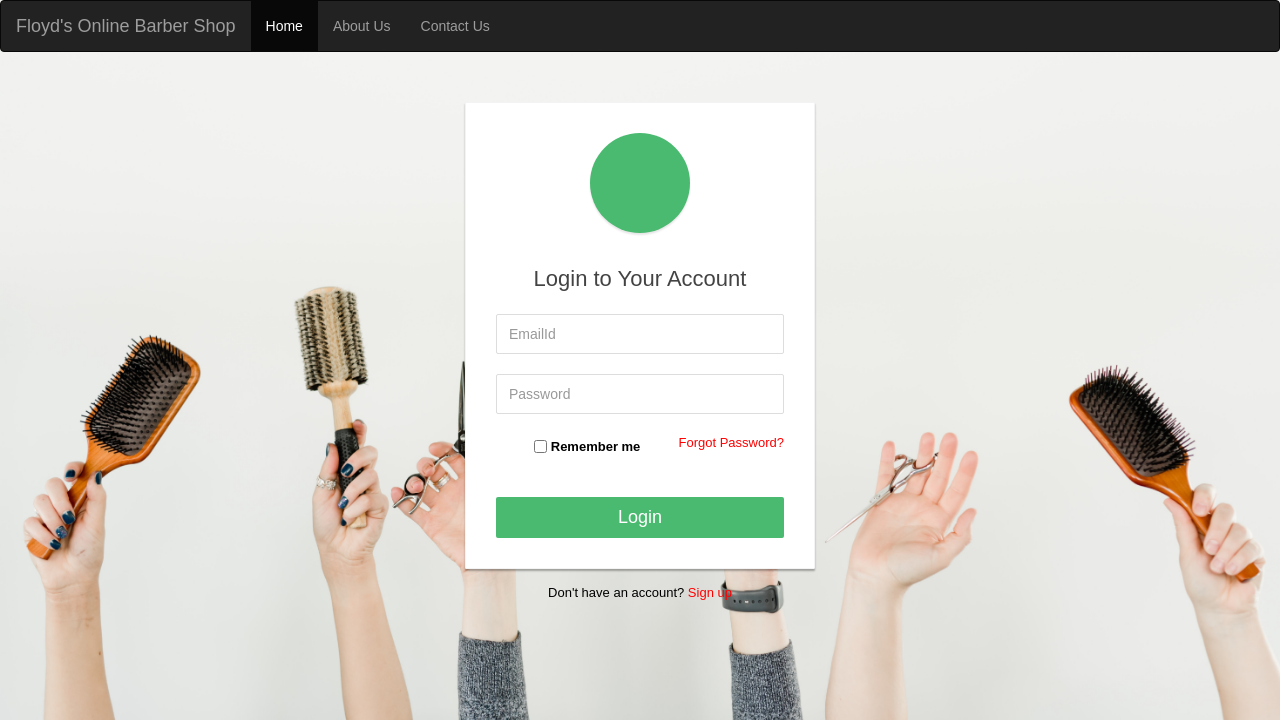
Repository: Mithil-Chavan/OnlineBarbershopManagementSystem
Page: http://localhost/OnlineBarberShop/WEB-INF/views/user/login.jsp
The author's editor kept a copy of each file at every save. The page is drawn from the files as they stood at one save, then again after the next save.
The browser window is 1280 px wide. The pictures show the whole page.
Some web fonts or font styles are not loaded; a fallback is used. The page is served by Tomcat 9. Nobody is signed in. Other server files are loaded and not shown. The template is opened directly, without the code that normally fills it, so the values that code supplies are empty.

Above is the page before, as saved 2021-03-24 19:56:39.

### OnlineBarberShop/OnlineBarberShop/src/main/webapp/WEB-INF/views/user/login.jsp
<%@ page language="java" contentType="text/html; charset=ISO-8859-1"
	pageEncoding="ISO-8859-1"%>



<!DOCTYPE html>
<html lang="en">
<head>
  <title>Online Barber Shop</title>
  <meta charset="utf-8">
<meta name="viewport" content="width=device-width, initial-scale=1, shrink-to-fit=no">
<title>Login form</title>
<link rel="stylesheet" href="https://fonts.googleapis.com/css?family=Merienda+One">
<link rel="stylesheet" href="https://stackpath.bootstrapcdn.com/bootstrap/3.4.1/css/bootstrap.min.css">
<link rel="stylesheet" href="https://fonts.googleapis.com/icon?family=Material+Icons">
<link rel="stylesheet" href="https://maxcdn.bootstrapcdn.com/font-awesome/4.7.0/css/font-awesome.min.css">
<script src="https://code.jquery.com/jquery-3.5.1.min.js"></script>
<script src="https://cdn.jsdelivr.net/npm/popper.js@1.16.0/dist/umd/popper.min.js"></script>
<script src="https://stackpath.bootstrapcdn.com/bootstrap/4.5.0/js/bootstrap.min.js"></script>
<style>
body {
	color: #FF0000;
		/* background: #95a5ab; */
		background: url("http://localhost:8080/login.jpg")no-repeat;
	background-size: cover;
	background-position: center;
	width:100%; height:650px;
	font-family: 'Varela Round', sans-serif;
}
.form-control {
	box-shadow: none;
	border-color: #ddd;
}
.form-control:focus {
	border-color: #4aba70;
}
.login-form {
	width: 350px;
	margin: 0 auto;
	padding: 30px 0;
}
.login-form form {
	color: #434343;
	border-radius: 1px;
	margin-bottom: 15px;
	background: #fff;
	border: 1px solid #f3f3f3;
	box-shadow: 0px 2px 2px rgba(0, 0, 0, 0.3);
	padding: 30px;
}
.login-form h4 {
	text-align: center;
	font-size: 22px;
	margin-bottom: 20px;
}
.login-form .avatar {
	color: #fff;
	margin: 0 auto 30px;
	text-align: center;
	width: 100px;
	height: 100px;
	border-radius: 50%;
	z-index: 9;
	background: #4aba70;
	padding: 15px;
	box-shadow: 0px 2px 2px rgba(0, 0, 0, 0.1);
}
.login-form .avatar i {
	font-size: 62px;
}
.login-form .form-group {
	margin-bottom: 20px;
}
.login-form .form-control, .login-form .btn {
	min-height: 40px;
	border-radius: 2px;
	transition: all 0.5s;
}
.login-form .close {
	position: absolute;
	top: 15px;
	right: 15px;
}
.login-form .btn, .login-form .btn:active {
	background: #4aba70 !important;
	border: none;
	line-height: normal;
}
.login-form .btn:hover, .login-form .btn:focus {
	background: #42ae68 !important;
}
.login-form .checkbox-inline {
	float: left;
}
.login-form input[type="checkbox"] {
	position: relative;
	top: 2px;
}
.login-form .forgot-link {
	float: right;
}
.login-form .small {
color:#000000;
	font-size: 13px;
	padding-bottom: 15px;
	text-align: center;
}
.login-form a {
	color: #ff0000;
}
</style>
</head>
<body>

<nav class="navbar navbar-inverse">
  <div class="container-fluid">
    <div class="navbar-header">
      <a class="navbar-brand" >Floyd's Online Barber Shop</a>
    </div>
    <ul class="nav navbar-nav">
      <li class="active"><a href="/">Home</a></li>
        <li><a href="#">About Us</a></li>
      <li><a href="#">Contact Us</a></li>
    </ul>

  </div>
</nav>


<div class="login-form">
    <form  method="post">
		<div class="avatar"><i class="material-icons">&#xE7FF;</i></div>
		<h4 >${requestScope.mesg}</h4>
    	<h4 class="modal-title">Login to Your Account</h4>
        <div class="form-group">
            <input type="text" class="form-control" name="em" placeholder="EmailId" required="required">
        </div>
        <div class="form-group">
            <input type="password" class="form-control" name="pass" placeholder="Password" required="required">
        </div>
        <div class="form-group small clearfix">
            <label class="form-check-label"><input type="checkbox"> Remember me</label>
            <a href="#" class="forgot-link">Forgot Password?</a>
        </div>
        <input type="submit" class="btn btn-primary btn-block btn-lg" value="Login">
    </form>
    <div class="text-center small">Don't have an account? <a href="/user/register">Sign up</a></div>
</div>




</body>
</html>

After the next save:
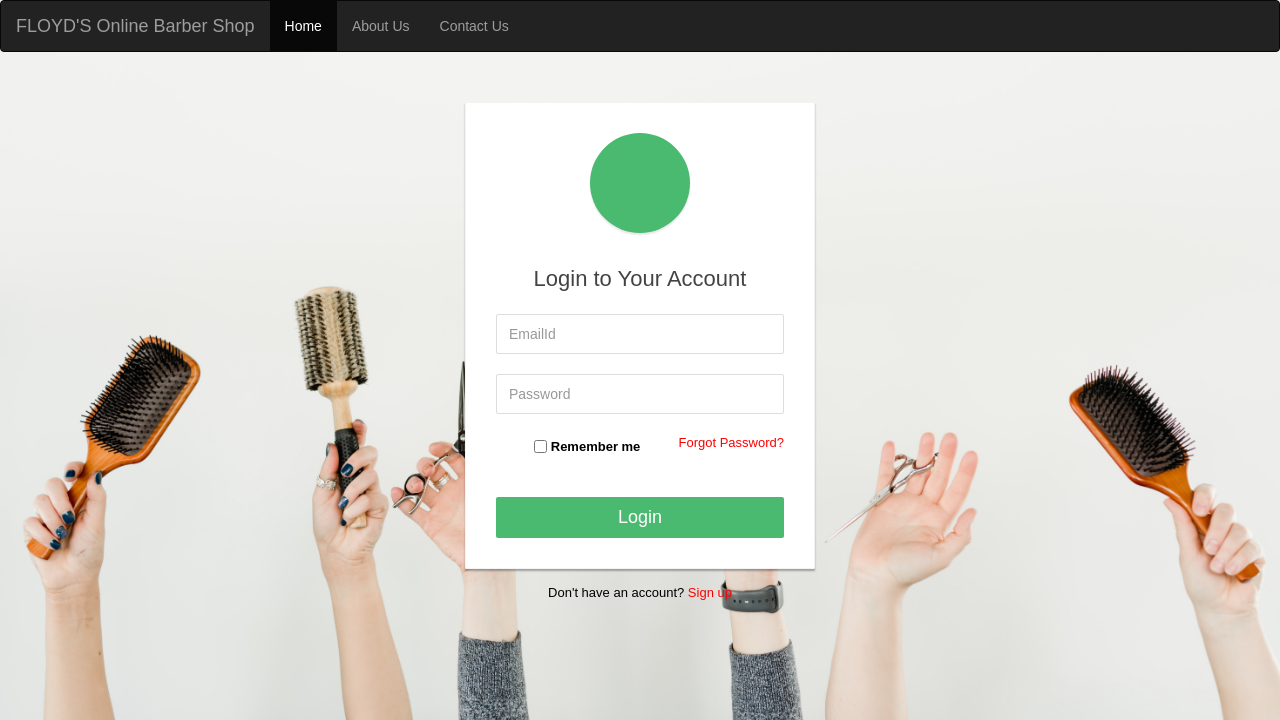
Saved 13 s later.
--- a/OnlineBarberShop/OnlineBarberShop/src/main/webapp/WEB-INF/views/user/login.jsp
+++ b/OnlineBarberShop/OnlineBarberShop/src/main/webapp/WEB-INF/views/user/login.jsp
@@ -115,7 +115,7 @@ color:#000000;
 <nav class="navbar navbar-inverse">
   <div class="container-fluid">
     <div class="navbar-header">
-      <a class="navbar-brand" >Floyd's Online Barber Shop</a>
+      <a class="navbar-brand" >FLOYD'S Online Barber Shop</a>
     </div>
     <ul class="nav navbar-nav">
       <li class="active"><a href="/">Home</a></li>
